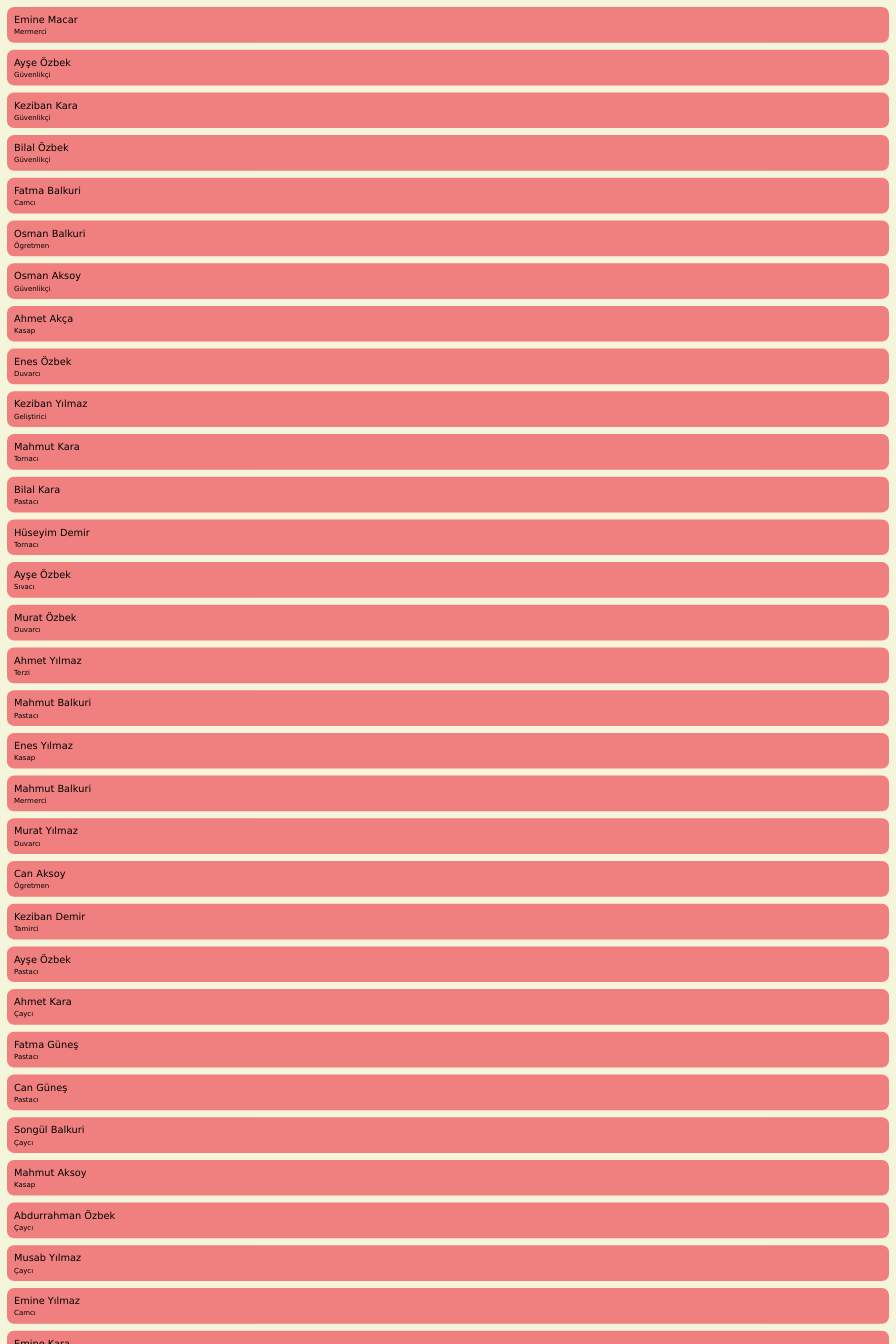
Repository: Sonvatan/S-f-rdan-geli-tirici-olmak-hafta-6
Page: İndex.html
An editor plug-in stored every save of this project. The page is shown before and after the next save, followed by the edit.
The browser window is 1280 px wide. The pictures show the part of the page from y = 0 to 1920 px (the page is 4758 px tall), at 70% of full size.

Above is the page before, as saved 2024-02-02 00:04:28.

After the next save:
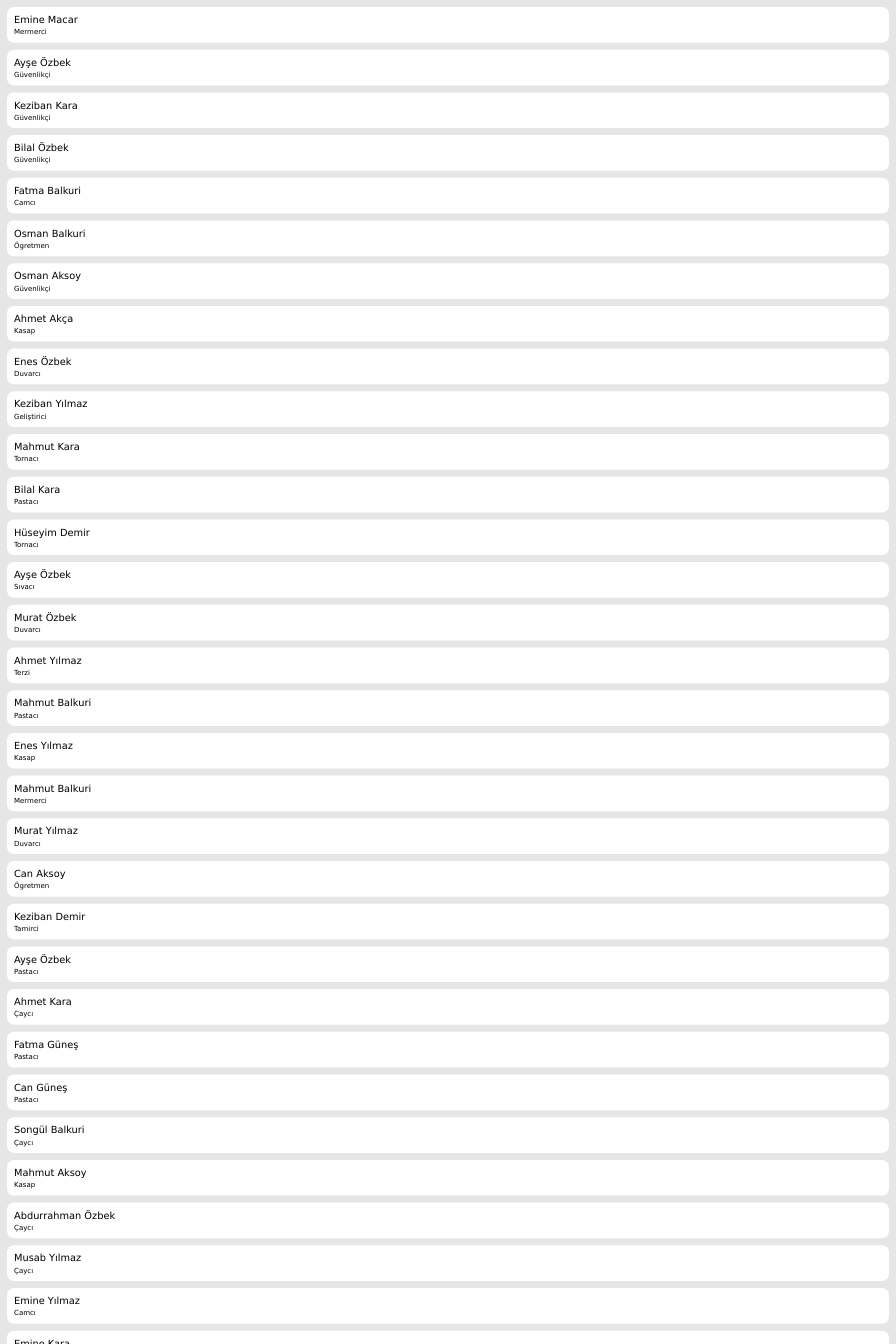
Saved 4 min 8 s later.
--- a/İndex.html
+++ b/İndex.html
@@ -8,12 +8,12 @@
             }
 
             html, body, #root {
-                background-color: beige;
+                background-color: rgb(230, 230, 230);
                 height: 100%;
                 width: 100%;
             }
             .person {
-                 background-color: lightcoral;
+                 background-color: rgb(255, 255, 255);
                 flex-direction: column;
                 border-radius: 10px;
                 user-select: none;
